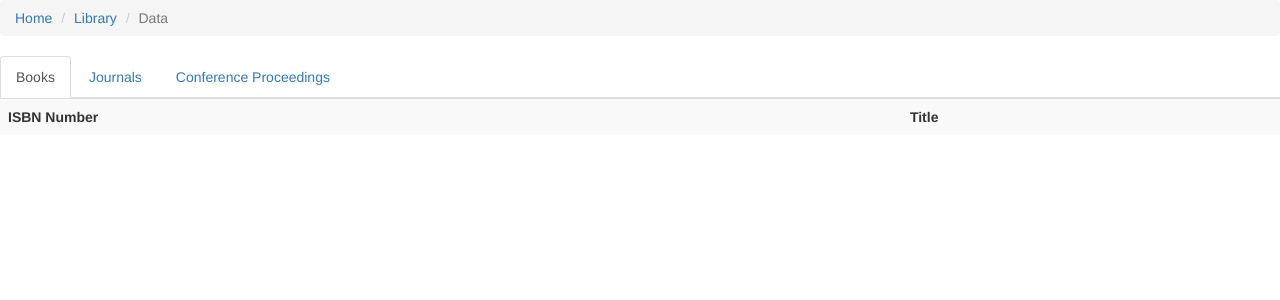
Repository: shrutikk/Library
Page: http://localhost/Library/Publications.jsp
An editor plug-in stored every save of this project. The page is shown before and after the next save, followed by the edit.
The browser window is 1280 px wide. The pictures show the whole page.
Some web libraries are served in a nearby version. The page is served by Tomcat 9. Other server files are loaded and not shown.

Above is the page before, as saved 2015-11-02 16:29:35.

### Library/WebContent/Publications.jsp
<%@ page language="java" contentType="text/html; charset=ISO-8859-1"
    pageEncoding="ISO-8859-1"%>

<%@ page import="java.sql.*" %>
<!DOCTYPE html PUBLIC "-//W3C//DTD HTML 4.01 Transitional//EN" "http://www.w3.org/TR/html4/loose.dtd">
<html>
<head>
<meta http-equiv="Content-Type" content="text/html; charset=ISO-8859-1">
<link rel="stylesheet" href="http://maxcdn.bootstrapcdn.com/bootstrap/3.3.5/css/bootstrap.min.css">
<script src="https://ajax.googleapis.com/ajax/libs/jquery/1.11.3/jquery.min.js"></script>
<script src="http://maxcdn.bootstrapcdn.com/bootstrap/3.3.5/js/bootstrap.min.js"></script>
<title>Publications</title>
</head>
<body>
<ol class="breadcrumb">
  <li><a href="Student.jsp">Home</a></li>
  <li><a href="#">Library</a></li>
  <li class="active">Data</li>
</ol>
<%
String JDBC_DRIVER = "com.mysql.jdbc.Driver";
String DB_URL = "jdbc:mysql://54.218.118.111:3306/db_project";

String USER = "root";
String PASS = "";
Connection conn = null;
Class.forName(JDBC_DRIVER);
conn = DriverManager.getConnection(DB_URL, USER,null);
PreparedStatement pstmt = conn.prepareStatement("{call getAllBooks}");
ResultSet allbooks = pstmt.executeQuery();
pstmt = conn.prepareStatement("{call getAllJournals}");
ResultSet alljournals = pstmt.executeQuery();
pstmt = conn.prepareStatement("{call getAllConfs}");
ResultSet allconfs = pstmt.executeQuery();
%>
<ul class="nav nav-tabs">
  <li  class="active"><a data-toggle="tab" href="#bookstab">Books</a></li>
  <li><a data-toggle="tab" href="#journalstab">Journals</a></li>
  <li ><a data-toggle="tab" href="#confproctab">Conference Proceedings</a></li>
</ul>
<div class="tab-content">

<div class="tab-pane active" id="bookstab">
<table class="table table-striped">
<tr>
<th>ISBN Number</th>
<th>Title</th>
</tr>
<%
while(allbooks.next()){
%>
<tr>
<td><a href="<%=request.getContextPath()%>/GetBookDetails?ISBN=<%=allbooks.getString(1) %>"><%=allbooks.getString(1) %></a></td>
<td><%=allbooks.getString(2) %></td>
</tr>
<%
}
%>
</table>
</div>
<div class="tab-pane" id="journalstab">
<table class="table table-striped">
<tr>
<th>ISSN Number</th>
<th>Title</th>
</tr>
<%
while(alljournals.next()){
%>
<tr>
<td><a href="<%=request.getContextPath()%>/GetJournalDetails?ISSN=<%=alljournals.getString(1) %>"><%=alljournals.getString(1) %></a></td>
<td><%=alljournals.getString(2) %></td>
</tr>
<%
}
%>
</table>
</div>
<div class="tab-pane" id="confproctab">
<table class="table table-striped">
<tr>
<th>Conference Number</th>
<th>Title</th>
</tr>
<%
while(allconfs.next()){
%>
<tr>
<td><a href="<%=request.getContextPath()%>/GetConfDetails?CONFNO=<%=allconfs.getString(1) %>"><%=allconfs.getString(1) %></a></td>
<td><%=allconfs.getString(2) %></td>
</tr>
<%
}
%>
</table>
</div>
</div>
</body>
</html>

After the next save:
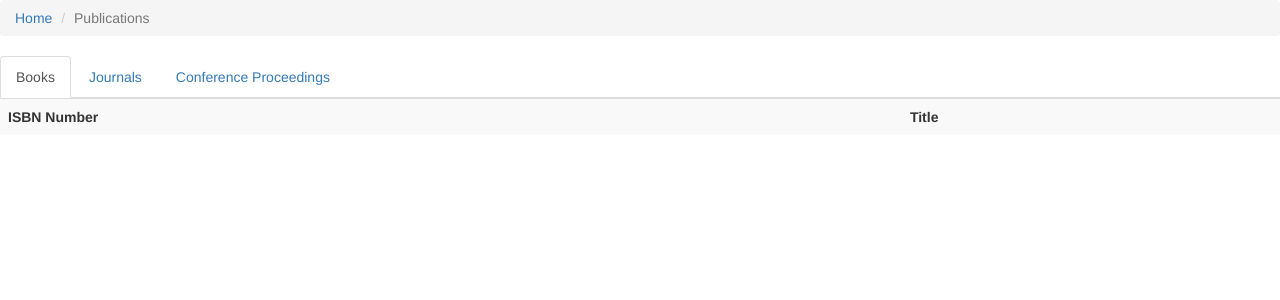
Saved 13 s later.
--- a/Library/WebContent/Publications.jsp
+++ b/Library/WebContent/Publications.jsp
@@ -14,8 +14,7 @@
 <body>
 <ol class="breadcrumb">
   <li><a href="Student.jsp">Home</a></li>
-  <li><a href="#">Library</a></li>
-  <li class="active">Data</li>
+  <li class="active">Publications</li>
 </ol>
 <%
 String JDBC_DRIVER = "com.mysql.jdbc.Driver";
